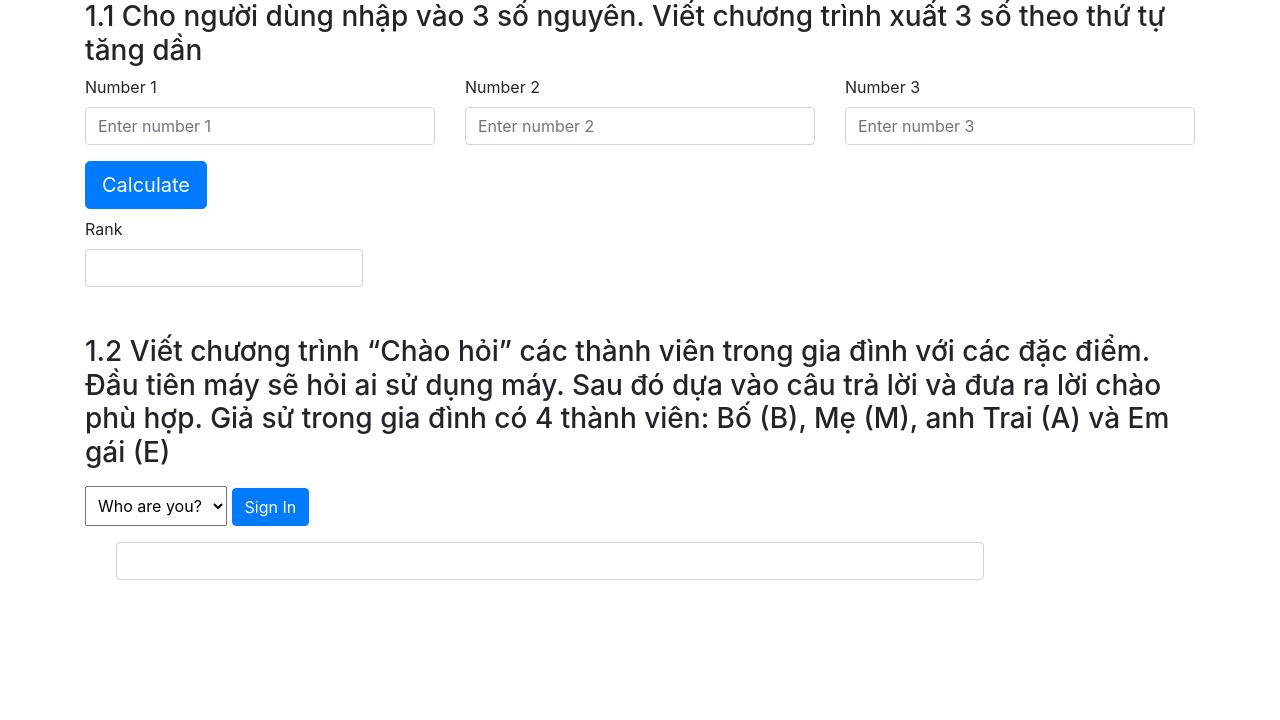
Repository: baobaodeveloper/bootscamp21__jsbasic__HuynhAnhBao
Page: index.html
An editor plug-in stored every save of this project. The page is shown before and after the next save, followed by the edit.
The browser window is 1280 px wide. The pictures show the whole page.

Above is the page before, as saved 2022-03-10 18:44:52.

### index.html
<!DOCTYPE html>
<html lang="en">
  <head>
    <title>javaScript basic</title>
    <!-- Required meta tags -->
    <meta charset="utf-8" />
    <meta
      name="viewport"
      content="width=device-width, initial-scale=1, shrink-to-fit=no"
    />

    <!-- Bootstrap CSS -->
    <link
      rel="stylesheet"
      href="https://stackpath.bootstrapcdn.com/bootstrap/4.3.1/css/bootstrap.min.css"
      integrity="sha384-ggOyR0iXCbMQv3Xipma34MD+dH/1fQ784/j6cY/iJTQUOhcWr7x9JvoRxT2MZw1T"
      crossorigin="anonymous"
    />
  </head>
  <body>
    <!-- Cho người dùng nhập vào 3 số nguyên. Viết chương trình xuất 3 số theo thứ tự tăng dần -->
    <div class="container mb-xl-5">
      <h3>
        1.1 Cho người dùng nhập vào 3 số nguyên. Viết chương trình xuất 3 số
        theo thứ tự tăng dần
      </h3>

      <div class="row">
        <div class="col">
          <label class="form-label">Number 1</label>
          <input
            type="text"
            class="form-control num1"
            placeholder="Enter number 1"
          />
        </div>
        <div class="col">
          <label class="form-label">Number 2</label>
          <input
            type="number"
            class="form-control num2"
            placeholder="Enter number 2"
          />
        </div>
        <div class="col">
          <label class="form-label">Number 3</label>
          <input
            type="number"
            class="form-control num3"
            placeholder="Enter number 3"
          />
        </div>
      </div>

      <button type="button " class="btn btn-primary btn-lg mt-3 mb-2 btn-rank">
        Calculate
      </button>

      <div class="mt-3 m-auto">
        <label class="form-label">Rank</label>
        <input type="text" class="form-control w-25 result1" />
      </div>
    </div>

    <!-- Viết chương trình “Chào hỏi” các thành viên trong gia đình với các đặc điểm. Đầu tiên máy
    sẽ hỏi ai sử dụng máy. Sau đó dựa vào câu trả lời và đưa ra lời chào phù hợp. Giả sử trong
    gia đình có 4 thành viên: Bố (B), Mẹ (M), anh Trai (A) và Em gái (E) -->
    <div class="container">
      <h3 class="mb-3">
        1.2 Viết chương trình “Chào hỏi” các thành viên trong gia đình với các
        đặc điểm. Đầu tiên máy sẽ hỏi ai sử dụng máy. Sau đó dựa vào câu trả lời
        và đưa ra lời chào phù hợp. Giả sử trong gia đình có 4 thành viên: Bố
        (B), Mẹ (M), anh Trai (A) và Em gái (E)
      </h3>

      <select class="form-select p-2" aria-label="Default select example">
        <option selected>Who are you?</option>
        <option value="M">M</option>
        <option value="B">B</option>
        <option value="A">A</option>
        <option value="E">E</option>
      </select>

      <button type="button" class="btn btn-primary btn-sign-in">Sign In</button>

      <div class="m-3 row">
        <div class="col-sm-10">
          <input
            type="text"
            class="form-control output-sign-in"
            id="inputPassword"
          />
        </div>
      </div>
    </div>

    <!--  1.3 Cho 3 số nguyên. Viết chương trình xuất ra có bao nhiêu số lẻ và bao nhiêu số chẵn.-->
    <!-- Optional JavaScript -->
    <!-- jQuery first, then Popper.js, then Bootstrap JS -->
    <script
      src="https://code.jquery.com/jquery-3.3.1.slim.min.js"
      integrity="sha384-q8i/X+965DzO0rT7abK41JStQIAqVgRVzpbzo5smXKp4YfRvH+8abtTE1Pi6jizo"
      crossorigin="anonymous"
    ></script>
    <script
      src="https://cdnjs.cloudflare.com/ajax/libs/popper.js/1.14.7/umd/popper.min.js"
      integrity="sha384-UO2eT0CpHqdSJQ6hJty5KVphtPhzWj9WO1clHTMGa3JDZwrnQq4sF86dIHNDz0W1"
      crossorigin="anonymous"
    ></script>
    <script
      src="https://stackpath.bootstrapcdn.com/bootstrap/4.3.1/js/bootstrap.min.js"
      integrity="sha384-JjSmVgyd0p3pXB1rRibZUAYoIIy6OrQ6VrjIEaFf/nJGzIxFDsf4x0xIM+B07jRM"
      crossorigin="anonymous"
    ></script>

    <!-- <script src="exercise1.js"></script> -->
    <script src="exercise2.js"></script>
  </body>
</html>

### exercise2.js
const select = document.querySelector(".form-select");
const btnSignIn = document.querySelector(".btn-sign-in");
const outputSignIn = document.querySelector(".output-sign-in");

btnSignIn.addEventListener("click", () => {
  let who = "Em gái";
  if (select.value === "M") {
    who = "Mẹ";
  } else if (select.value === "B") {
    who = "Ba";
  } else if (select.value === "A") {
    who = "Anh Trai";
  }

  outputSignIn.value = `Hello ${who}`;
});

After the next save:
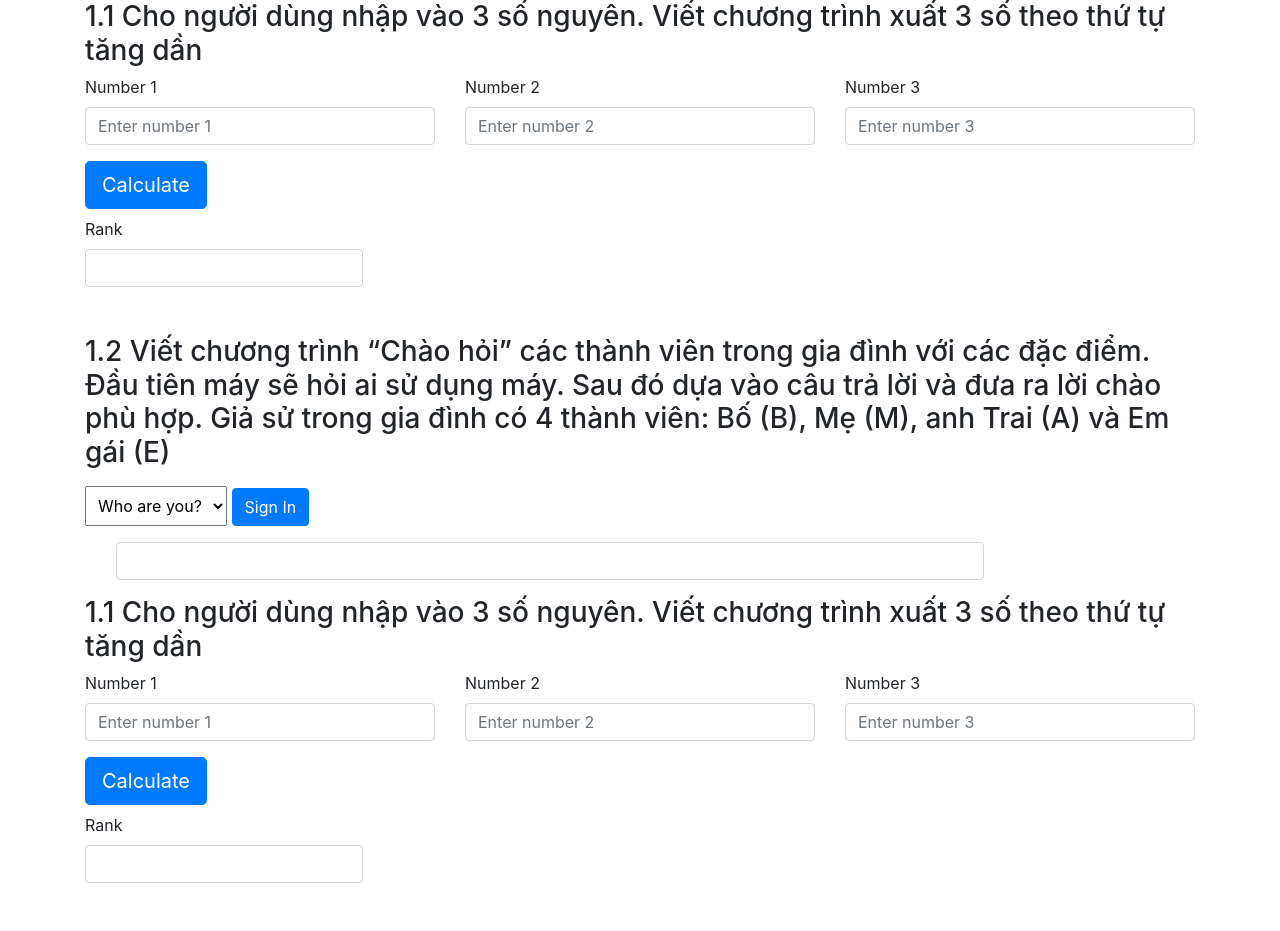
Saved 48 s later.
--- a/index.html
+++ b/index.html
@@ -95,6 +95,49 @@
     </div>
 
     <!--  1.3 Cho 3 số nguyên. Viết chương trình xuất ra có bao nhiêu số lẻ và bao nhiêu số chẵn.-->
+    <div class="container mb-xl-5">
+      <h3>
+        1.1 Cho người dùng nhập vào 3 số nguyên. Viết chương trình xuất 3 số
+        theo thứ tự tăng dần
+      </h3>
+
+      <div class="row">
+        <div class="col">
+          <label class="form-label">Number 1</label>
+          <input
+            type="text"
+            class="form-control num1"
+            placeholder="Enter number 1"
+          />
+        </div>
+        <div class="col">
+          <label class="form-label">Number 2</label>
+          <input
+            type="number"
+            class="form-control num2"
+            placeholder="Enter number 2"
+          />
+        </div>
+        <div class="col">
+          <label class="form-label">Number 3</label>
+          <input
+            type="number"
+            class="form-control num3"
+            placeholder="Enter number 3"
+          />
+        </div>
+      </div>
+
+      <button type="button " class="btn btn-primary btn-lg mt-3 mb-2 btn-rank">
+        Calculate
+      </button>
+
+      <div class="mt-3 m-auto">
+        <label class="form-label">Rank</label>
+        <input type="text" class="form-control w-25 result1" />
+      </div>
+    </div>
+
     <!-- Optional JavaScript -->
     <!-- jQuery first, then Popper.js, then Bootstrap JS -->
     <script
